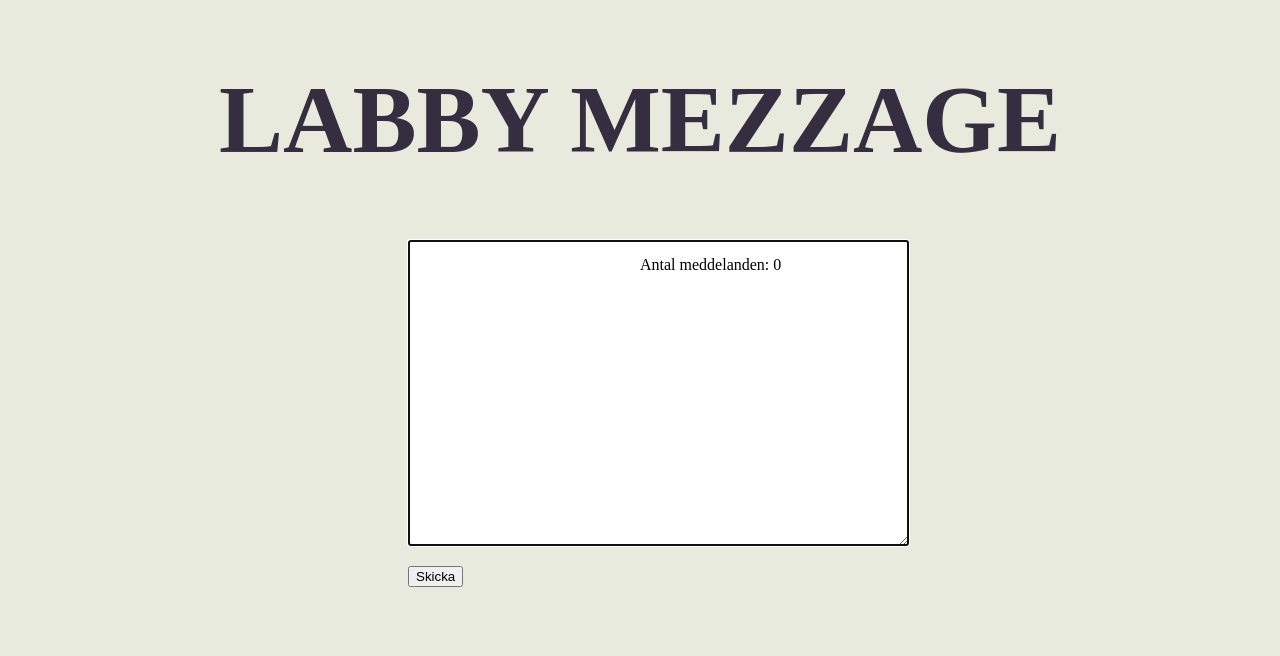
Repository: em222mt/1dv403-laborationer
Page: 2-labbymezzage/Index.html
The author's editor kept a record of every edit. The page is drawn from the files as they stood at one moment, then again after the next edit.
The browser window is 1280 px wide. The pictures show the whole page.

Above is the page before.

### 2-labbymezzage/Index.html
<!DOCTYPE html>
<html lang="sv">
<head>
	<meta charset="UTF-8" />
 	<title>Labby Mezzage</title>
    <link rel="stylesheet" href="css/style.css">
</head>
    <body>
        <header>
            <h1>LABBY MEZZAGE</h1>
        </header>

        <main>
            <div id="container">
                <section id="mainsection">
            		<form action="post" name="form">
                        <textarea id="formtext" cols="30" rows="10"></textarea>
                        <p id="value"></p>
                        <input id="send" type="button" value="Skicka" />
                    </form>
                </section>
            </div>

            <div id="container2">
                <aside id="messagearea">

                </aside>
            </div>
            <div id="counterDiv">
                <p id="counter"></p>
            </div>
        </main>

    	<script src="js/Message.js"></script>
    	<script src="js/MessageBoard.js"></script>

    </body>
</html>

### 2-labbymezzage/css/style.css
/*Layout*/

article, aside, details, figcaption, figure,
footer, header, hgroup, main, menu, nav{

    background-color: #E8EADD;
}

/*Container*/

h1 {
    font-weight: bold;
    text-align: center;
    color: #332F40;
    font-size: 6em;
    font-family: Comic Sans, Comic Sans MS, cursive;
    text-decoration: uppercase;
}

body{
    background-color: #E8EADD;
}

#messagearea {
    float: left;
    background-color: white;
    width: 450px;
    min-height: 300px auto;

}

form{
    max-width: 50%;
}
#mainsection{
    max-width: 50%;
    margin: 0px 0px 0px 400px;
}
#container{
    float: left;
    width: 50%;
    height: 100%;
}
#container2{
    float: left;
    width: 50%;
}

#formtext{
    font-size: 2em;
}

.messageContainer{
    width: 98%;
    float: left;
    background-color: #A8C4B4;
    border: 1px solid black;
    margin: 3px 3px 3px 3px;
}

.textContainer{
    width: 85%;
    float: left;
    font-size: 1.2em;
}

.time{
    text-indent: 13px;
}

.detailsContainer{
    width: 15%;
    float: left;
    text-indent: 8px;
    font-size: 0.8em;
    margin-top: 10px;
}
.input{
    max-width: 85%;
    word-break: break-all;
    margin-left: 10px;
}

img{
    margin-right: 5px;
}

#counterDiv{
    float: left;
}
#count{

}

### 2-labbymezzage/js/Message.js
'use strict';

function Message(message, date){

    this.getText = function(){
        return message;
    };

    this.setText = function(_text){
        message = _text;
    };

    this.getDate = function(){
        return date;
    };

    this.setDate = function(_date){
        date = _date;
    };
}

Message.prototype.toString = function() {
    return this.getText()+" ("+this.getDate()+")";
};

Message.prototype.getHTMLText = function(){
    return this.getText().replace(/[\n\r]/g, "</br>");
};

Message.prototype.getDateText = function(){
    var now = this.getDate();
    var seconds = now.getSeconds();
    var minutes = now.getMinutes();
    var hours = now.getHours();


    //IF-sats för att lägga till nollor som i C#?

    var formattedTime = hours + ":" + (minutes < 10 ? '0' : '') + minutes + ":" + (seconds < 10 ? '0' : '') + seconds;
        return formattedTime;
};

Message.prototype.getTimeDetails = function(){
    var date = this.getDate();
    var day = date.getDate();
    var month = date.getMonth();
    var year = date.getFullYear();

    return "Postat den " + year + "/" + (month + 1) + "/" + day + " " + this.getDateText();
};

### 2-labbymezzage/js/MessageBoard.js
'use strict';

var MessageBoard = {

    messages: [],

    init: function(){

        MessageBoard.countMessages();

        var submit = document.getElementById("send");
        submit.onclick = MessageBoard.createMessage;

        var focus = document.getElementById("formtext");
        // Sätter en blinkande markör i textarean
        focus.focus();
        focus.onkeypress = function(e){
		if(!e){ e=window.event; }
		    if(e.keyCode == 13 && !e.shiftKey){
		        e.preventDefault();
		        MessageBoard.createMessage();
		    }
        };
    },
    // Skapa meddelanden
    createMessage: function(){
        var input = document.getElementById("formtext");
        MessageBoard.messages.push( new Message(input.value, new Date()) );
        MessageBoard.renderMessages();
    },

    // Rendera alla meddelanden
    renderMessages: function(){
        //Tar bort alla meddelanden
        document.getElementById("messagearea").innerHTML = "";
        for (var i = 0; i < MessageBoard.messages.length; ++i){
        MessageBoard.renderMessage(i);
        }
        document.form.formtext.value = "";
        document.form.formtext.focus();
    },
    // Skriv ut ett meddelande
    renderMessage: function(messageID){

        var input = document.createElement("p");
        input.className = "input";
        input.innerHTML = MessageBoard.messages[messageID].getHTMLText();

        var textContainer = document.createElement("div");
        textContainer.className = ("textContainer");
        textContainer.appendChild(input);

        var time = document.createElement("p");
        time.className = "time";
        time.innerHTML = MessageBoard.messages[messageID].getDateText();

		var imageClock = document.createElement("a");
		imageClock.setAttribute("href", "#");
		imageClock.innerHTML = '<img src="pics/clock.png" title="Se när meddelandet skapades." alt="Clock" width="24px" height="24px" />';

		var imageRemove = document.createElement("a");
		imageRemove.setAttribute("href", "#");
		imageRemove.innerHTML = '<img src="pics/delete.png" title="Ta bort det här meddelandet." alt="Delete" width="24px" height="24px" />';

        var detailsContainer = document.createElement("div");
        detailsContainer.className = "detailsContainer";
		detailsContainer.appendChild(imageClock);
		detailsContainer.appendChild(imageRemove);
		detailsContainer.appendChild(time);

        var messageContainer = document.createElement("div");
        messageContainer.className = "messageContainer";
        messageContainer.appendChild(textContainer);
        messageContainer.appendChild(detailsContainer);

		var container = document.getElementById("messagearea");
		container.appendChild(messageContainer);

		MessageBoard.countMessages();

		imageRemove.onclick = function(){
		    if (window.confirm("Vill du ta bort detta meddelande?")){
		    MessageBoard.removeMessage(messageID);
		    }
		};

		imageClock.onclick = function(){
		  MessageBoard.getTimestamp(messageID);
		};
    },

    removeMessage: function(messageID){
        MessageBoard.messages.splice(messageID, 1);

        MessageBoard.countMessages();

        MessageBoard.renderMessages();
    },

    getTimestamp: function(messageID){
        alert(MessageBoard.messages[messageID].getTimeDetails());
    },

    // Sätter räknare för antalet meddelanden
    countMessages: function(){
        var counter = document.getElementById("counter");
        counter.innerHTML = "Antal meddelanden: " + MessageBoard.messages.length;
    }

};

window.onload = MessageBoard.init;

After the next edit:
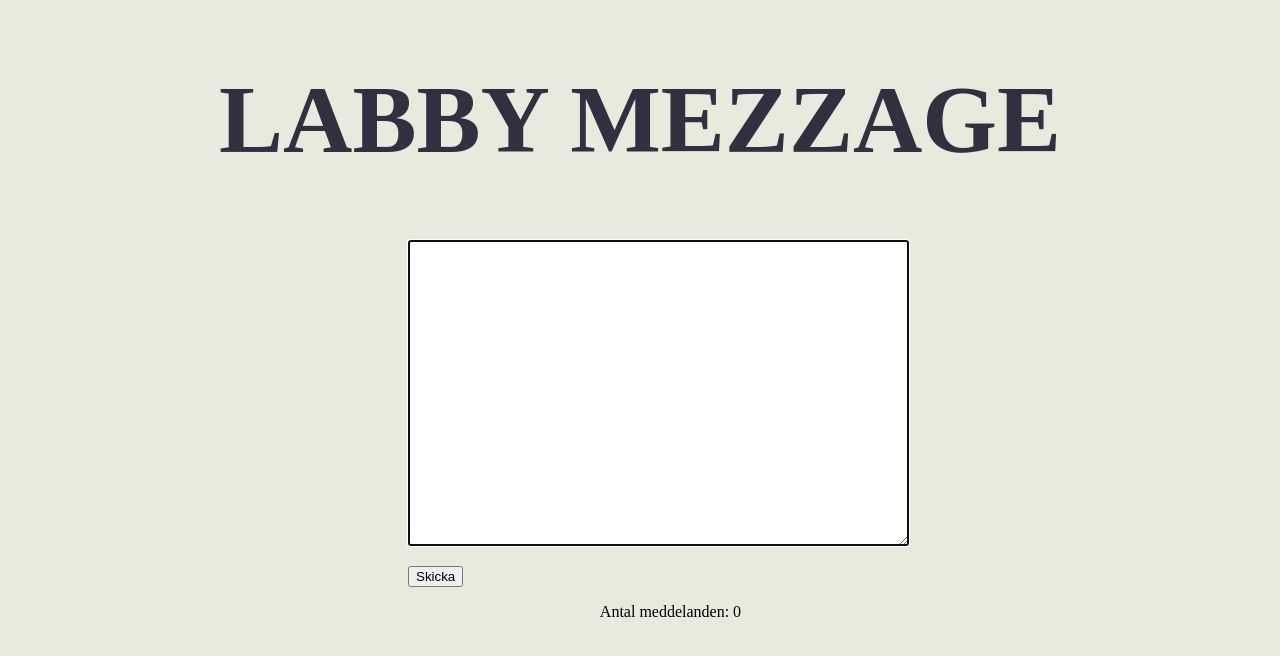
The edit:
--- a/2-labbymezzage/css/style.css
+++ b/2-labbymezzage/css/style.css
@@ -86,7 +86,8 @@
 }
 
 #counterDiv{
-    float: left;
+    float: right;
+    margin-right: 42%;
 }
 #count{
 
